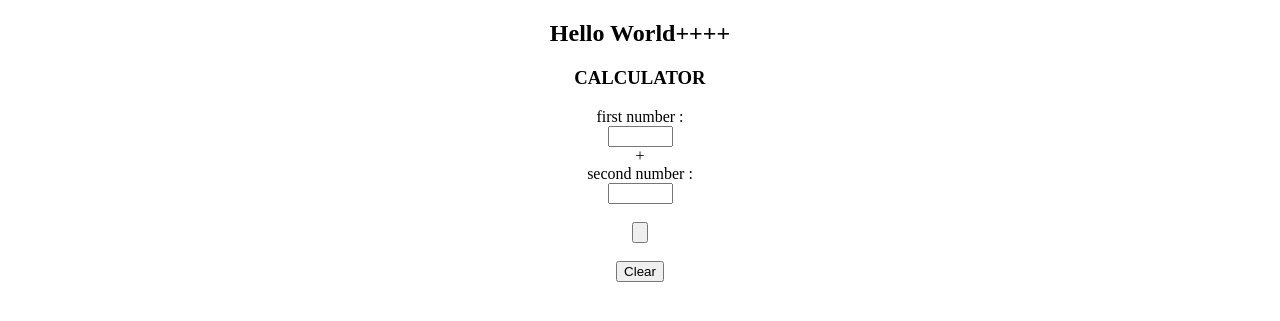
Repository: icecreamfrappe/workspacetest
Page: http://localhost/BubbleBee/
An editor plug-in stored every save of this project. The page is shown before and after the next save, followed by the edit.
The browser window is 1280 px wide. The pictures show the whole page.
The page is served by Tomcat 9.

Above is the page before, as saved 2015-06-11 08:30:37.

After the next save:
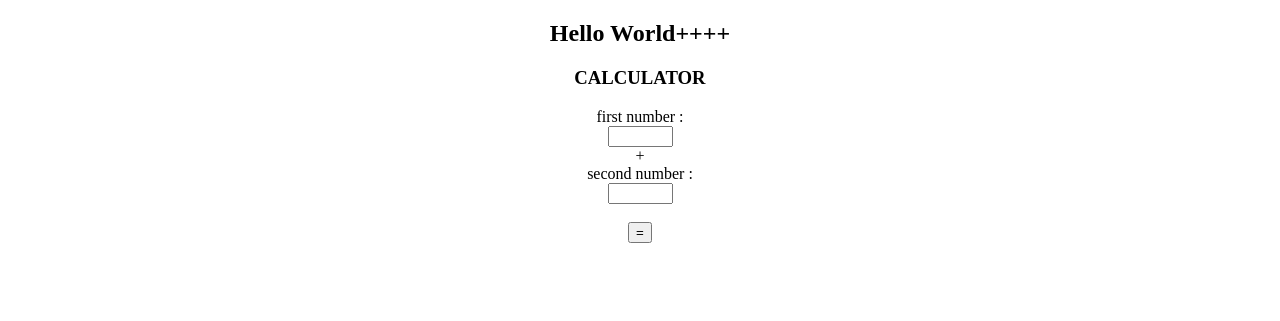
Saved 67 s later.
--- a/BubbleBee/src/main/webapp/index.jsp
+++ b/BubbleBee/src/main/webapp/index.jsp
@@ -35,12 +35,10 @@ pageEncoding="ISO-8859-1"%>
                 <BR>
                 <BR>
 
-                <INPUT TYPE="SUBMIT" VALUE="">
+                <INPUT TYPE="SUBMIT" VALUE="=">
                 <BR>
                 <BR>
 
-
-                <INPUT TYPE= "RESET" VALUE= "Clear">
 
 
 
